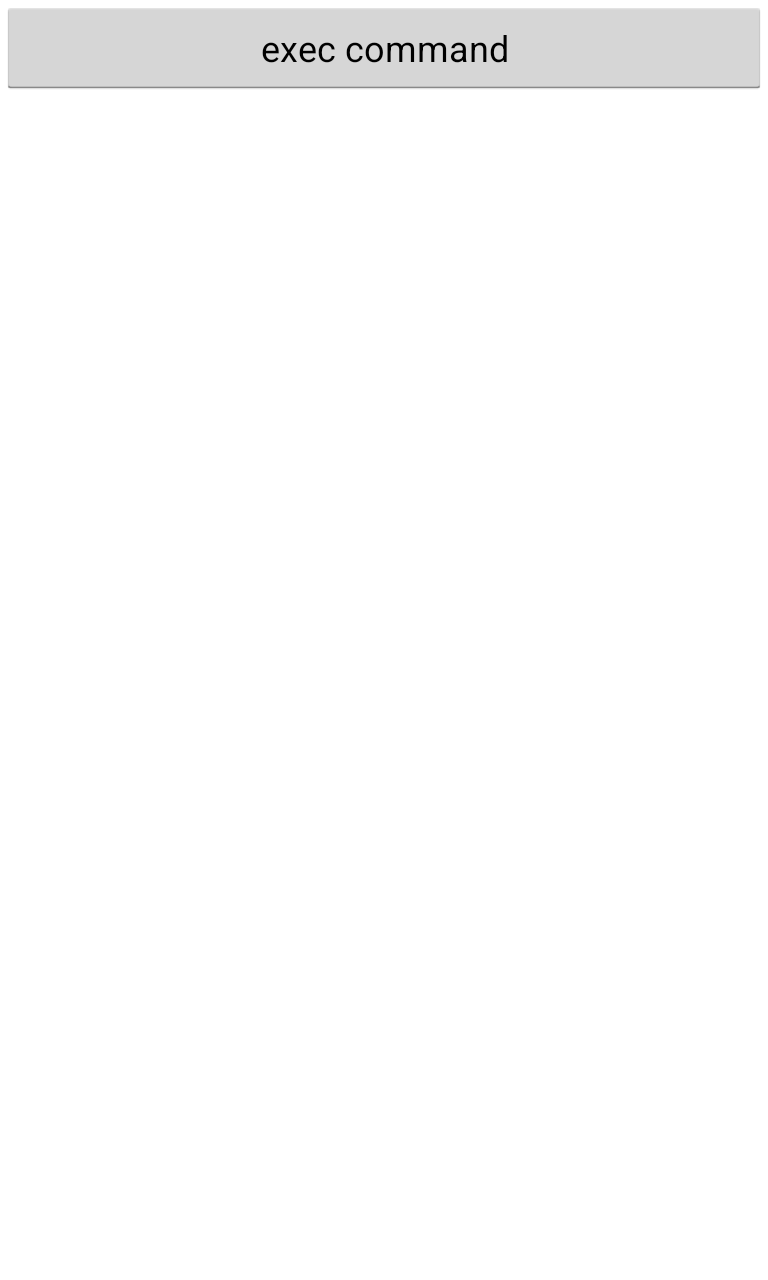
Repository: zzttt/LVM_BackupSol
Layout: TimeTraveler/res/layout/activity_main.xml
The author's editor kept a copy of each file at every save. The layout is drawn from the files as they stood at one save, then again after the next save.
It is drawn on a 768 x 1280 px phone screen (xhdpi) without system bars, with theme AppTheme; the app's code is not run. Lists and similar views that code fills are empty.

Above is the layout before, as saved 2014-07-01 23:26:23.

After the next save:
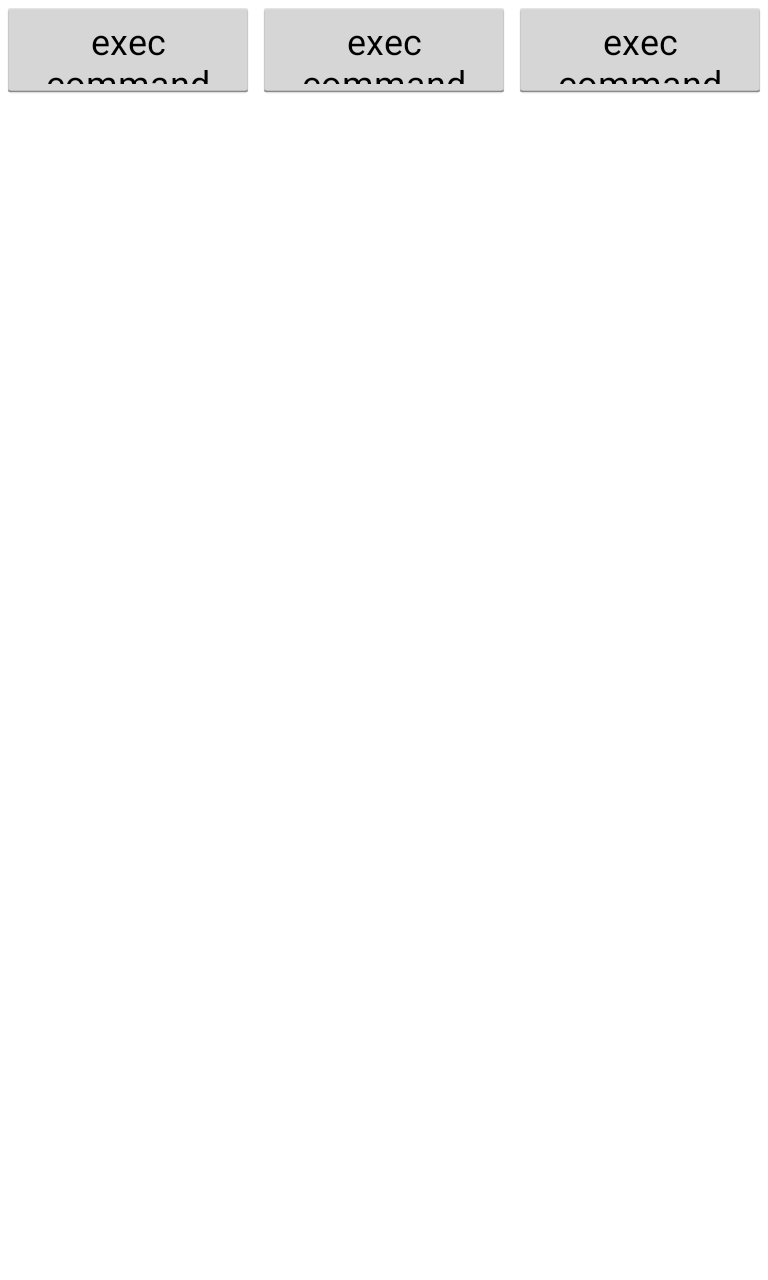
Saved 27 s later.
--- a/TimeTraveler/res/layout/activity_main.xml
+++ b/TimeTraveler/res/layout/activity_main.xml
@@ -13,19 +13,22 @@
 
         <Button
             android:id="@+id/btn_one"
-            android:layout_width="fill_parent"
+            android:layout_width="0"
+            android:layout_weight="1"
             android:layout_height="wrap_content"
             android:text="exec command" />
 
         <Button
             android:id="@+id/btn_two"
-            android:layout_width="fill_parent"
+            android:layout_width="0"
+            android:layout_weight="1"
             android:layout_height="wrap_content"
             android:text="exec command" />
 
         <Button
             android:id="@+id/btn_three"
-            android:layout_width="fill_parent"
+            android:layout_width="0"
+            android:layout_weight="1"
             android:layout_height="wrap_content"
             android:text="exec command" />
     </LinearLayout>
